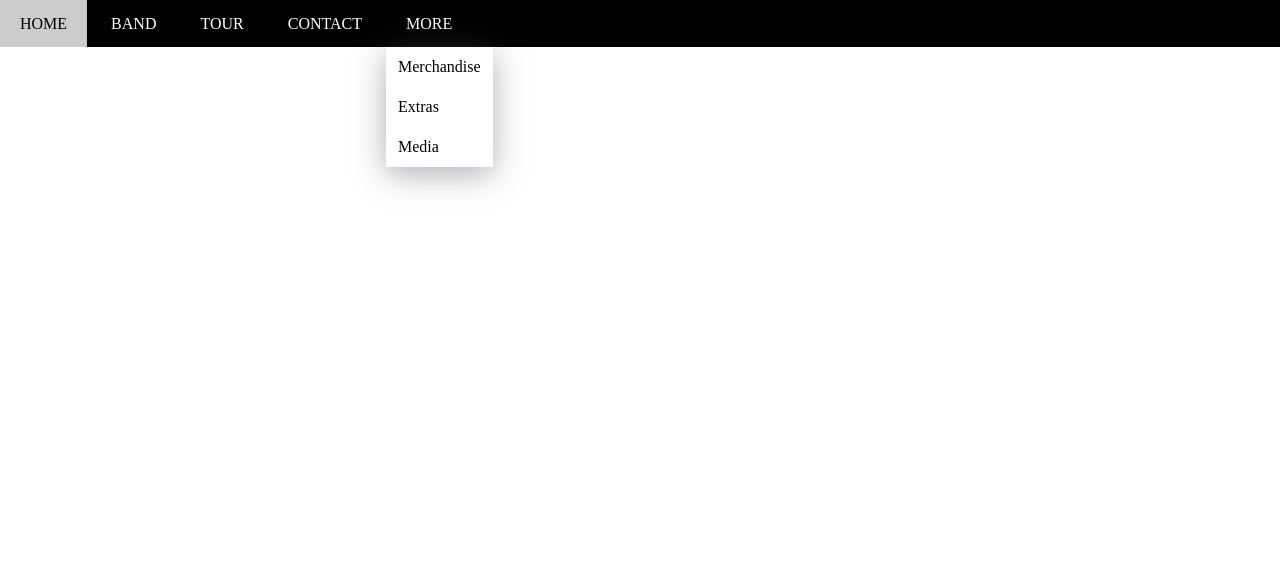
Repository: Dino0411/Dino0411.github.io
Page: index.html
The author's editor kept a copy of each file at every save. The page is drawn from the files as they stood at one save, then again after the next save.
The browser window is 1280 px wide. The pictures show the whole page.

Above is the page before, as saved 2021-10-03 22:17:24.

### index.html
<!DOCTYPE html>
<html lang="en">
<head>
    <meta charset="UTF-8">
    <meta http-equiv="X-UA-Compatible" content="IE=edge">
    <meta name="viewport" content="width=device-width, initial-scale=1.0">
    <link rel="stylesheet" href="./assets/css/style.css">
    <title>Document</title>
</head>
<body>
    <div id="main">
        <!-- TODO:header -->
        <div id="header">
            <ul id="nav">
                <li><a href="">Home</a></li>
                <li><a href="">Band</a></li>
                <li><a href="">Tour</a></li>
                <li><a href="">Contact</a></li>
                <li>
                    <a href="">More</a>
                    <ul class="subnav">
                        <li><a href="">Merchandise</a></li>
                        <li><a href="">Extras</a></li>
                        <li><a href="">Media</a></li>
                    </ul>
                </li>
            </ul>
        </div>
        <!-- TODO:slider -->
        <div id="slider">

        </div>
        <!-- TODO:content -->
        <div id="content">

        </div>
        <!-- TODO:footer -->
        <div id="footer">

        </div>
    </div>
</body>
</html>

### assets/css/style.css
/* ! reser css
    ! Emmet(p0;m0)
*/
* {
  margin: 0;
  padding: 0;
  box-sizing: border-box;
}

html {
  font-family: cursive;
}
/* TODO:start
TODO: từ ngoài vào trong
TODO: từ trên xuống dưới
TODO:tổng quan đến chi tiết
*/

/*
? vị trí
? kích thước(width,height)
? màu sắc
? kiểu dáng(kiểu chữ,...)
*/
#main {
}
#header {
  height: 47px;
  background-color: #000;
}
#nav,
.subnav {
  list-style: none;
}
#nav > li {
  display: inline-block;
  position: relative;
}
#nav > li > a {
  color: #fff;
  text-transform: uppercase;
}
#nav li a {
  text-decoration: none;
  padding: 0px 20px;
  line-height: 47px;
}
#nav > li:hover > a,
#nav .subnav a:hover {
  color: #000;
  background-color: #ccc;
  display: block;
}
#nav .subnav {
  /* display: none; */
  position: absolute;
  background-color: #fff;
  box-shadow: rgba(100, 100, 111, 0.5) 0px 7px 29px 0px;
}
#nav .subnav a {
  color: #000;
  padding: 0 12px;
  line-height: 40px;
}
#slider {
  min-height: 500px;
  /* background-color: #333; */
}
#content {
}
#footer {
}

After the next save:
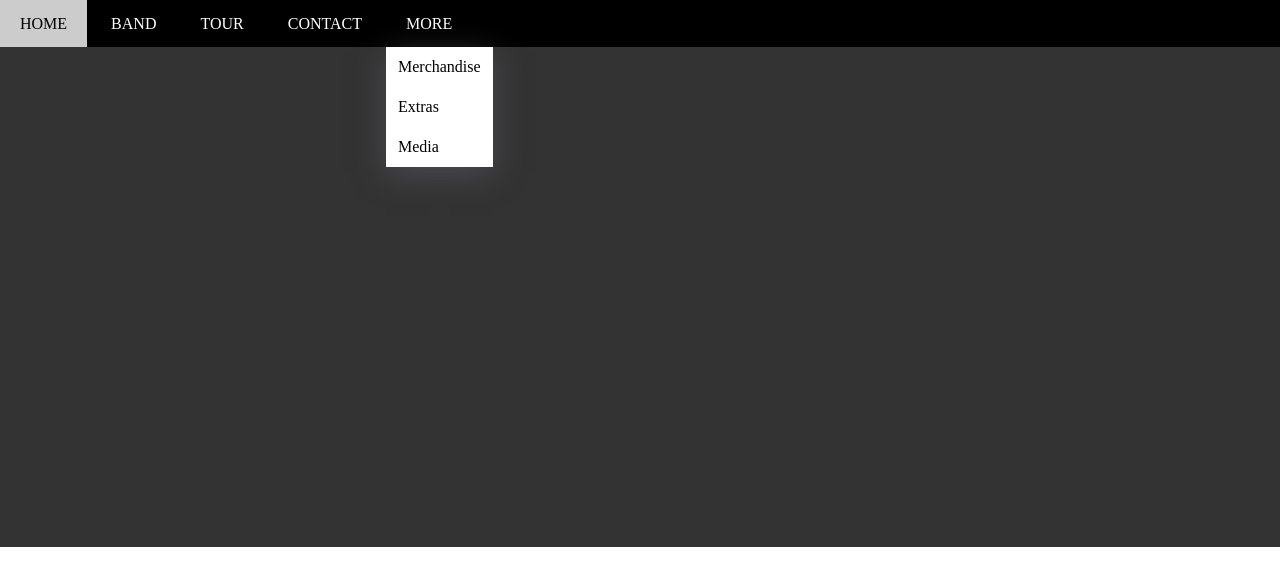
Saved 9 s later.
--- a/assets/css/style.css
+++ b/assets/css/style.css
@@ -64,7 +64,7 @@ TODO:tổng quan đến chi tiết
 }
 #slider {
   min-height: 500px;
-  /* background-color: #333; */
+  background-color: #333;
 }
 #content {
 }
